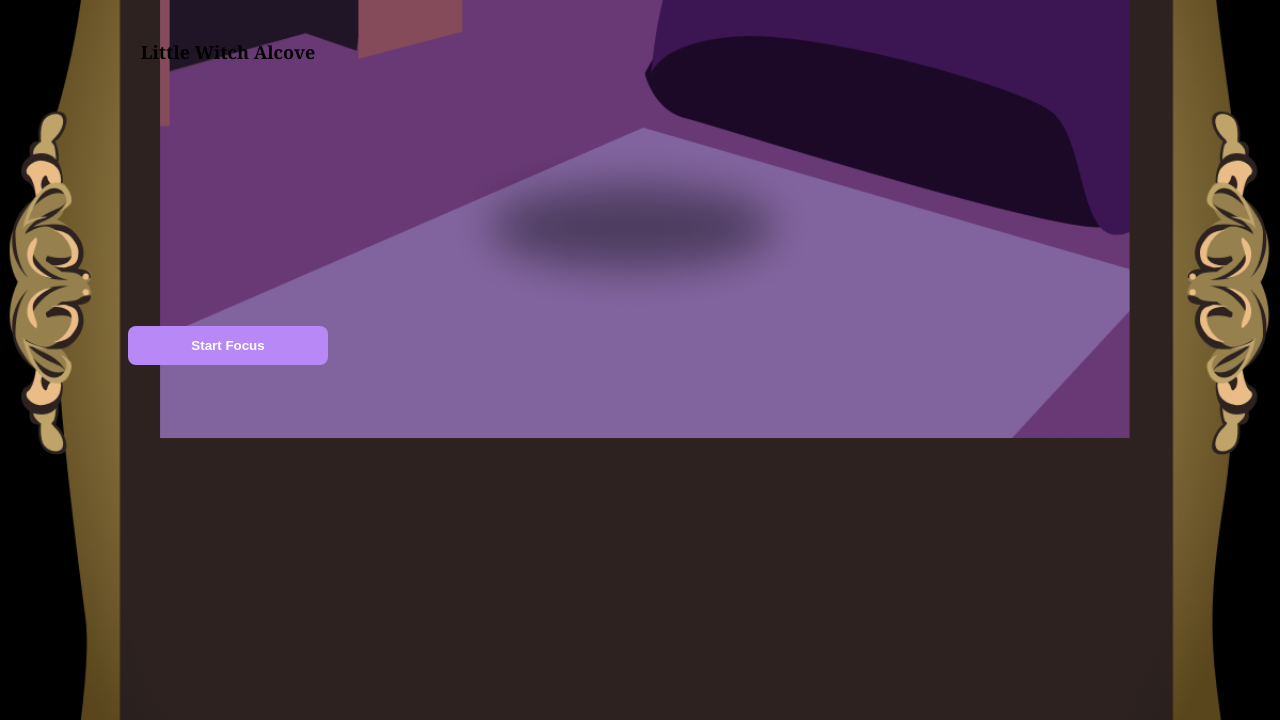
Repository: zhangolivia7/Little-Witch-Alcove
Page: popup.html
The author's editor kept a copy of each file at every save. The page is drawn from the files as they stood at one save, then again after the next save.
The browser window is 1280 px wide. The pictures show the whole page.

Above is the page before, as saved 2025-11-15 15:53:34.

### popup.html
<!DOCTYPE html>
<html>
  <head>
    <title>Little Witch Alcove</title>
    <link rel="stylesheet" href="popup.css">
  </head>
  <body>
    <h1>Little Witch Alcove</h1>
    <button id="focus-btn">Start Focus</button>

    <script src="popup.js"></script>
  </body>
</html>

### popup.css
body {
    width: 400px;
    height: 500px;
    background-image: url("Assets/No UI.png");
    background-repeat: no-repeat;
    background-position: center center;
    background-size: cover;
    background-color: black;
    padding: 20px;
    font-family: "Georgia", serif;
  }

  h1 {
    font-size: 18px;
    text-align: center;
  }

  #focus-btn {
    width: 50%;
    margin-left: 25%;
    margin-top: 250px;
    padding: 12px;
    border-radius: 8px;
    background: #b889f6;
    color: white;
    font-weight: bold;
    border: none;
    cursor: pointer;
  }

### popup.js
document.getElementById("focus-btn").addEventListener("click", () => {
    alert("Hex of Concentration activated! 🔮");
  });

After the next save:
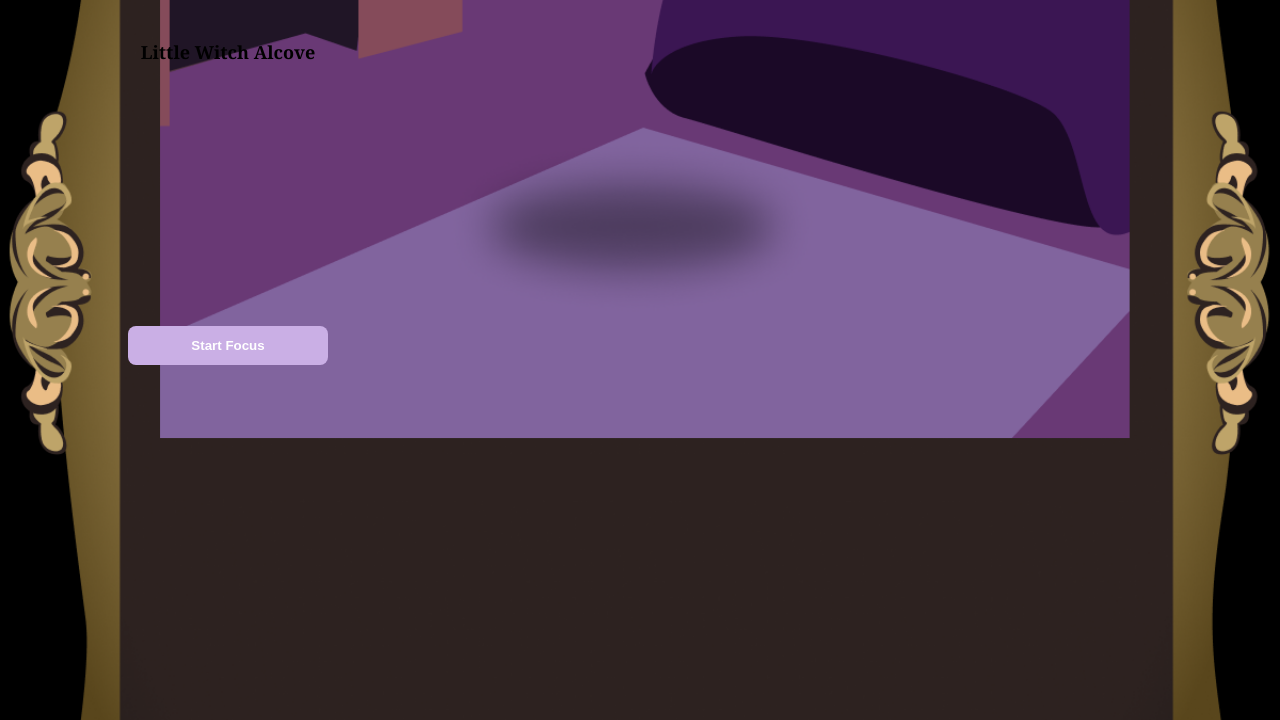
Saved 2 min 3 s later.
--- a/popup.css
+++ b/popup.css
@@ -21,7 +21,7 @@ body {
     margin-top: 250px;
     padding: 12px;
     border-radius: 8px;
-    background: #b889f6;
+    background: #CAAFE5;
     color: white;
     font-weight: bold;
     border: none;
